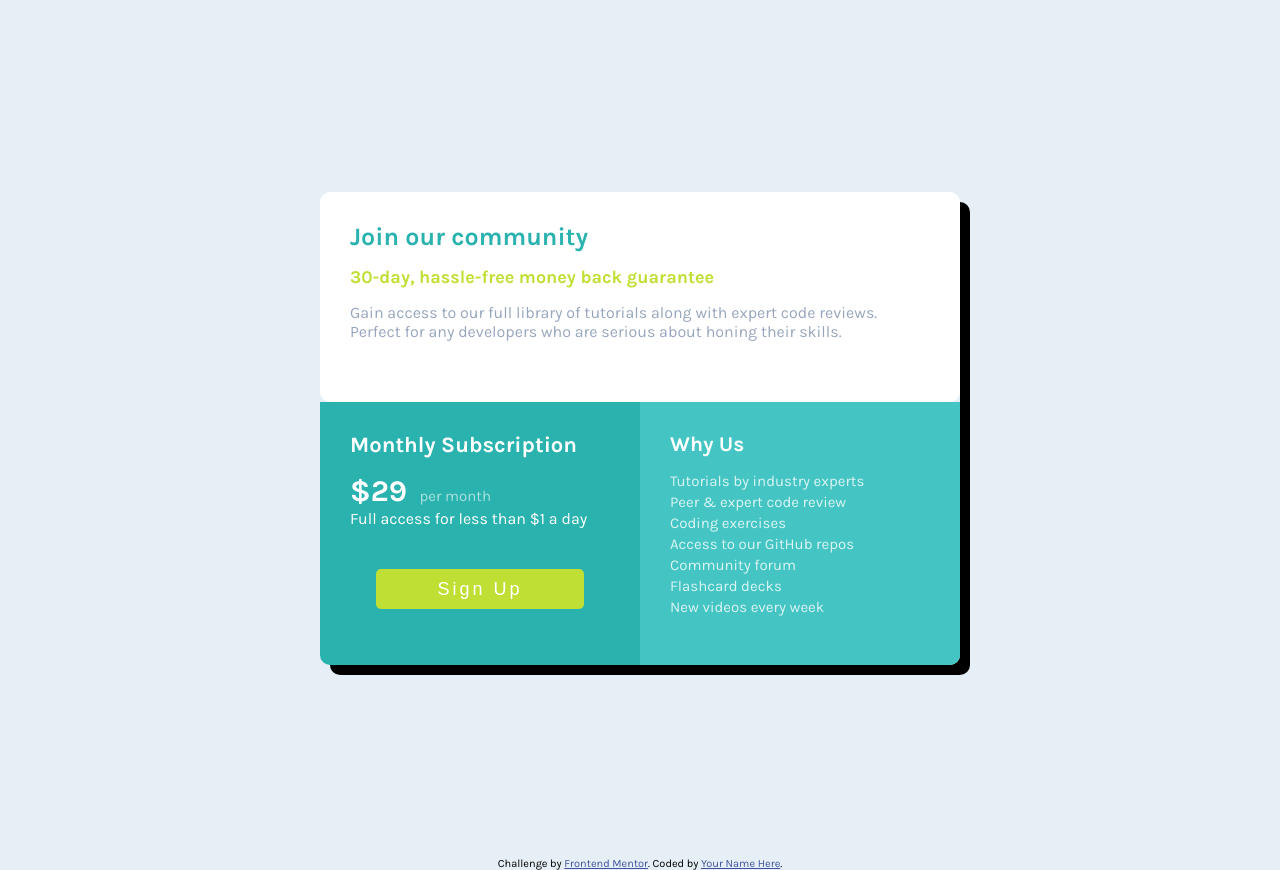
Repository: Pedrohamoura-Git/Frontend-Mentor-Challenges
Page: Newbie/single-price-grid-component-master/index.html
The author's editor kept a copy of each file at every save. The page is drawn from the files as they stood at one save, then again after the next save.
The browser window is 1280 px wide. The pictures show the whole page.

Above is the page before, as saved 2021-05-31 15:57:24.

### Newbie/single-price-grid-component-master/index.html
<!DOCTYPE html>
<html lang="en">
<head>
  <meta charset="UTF-8">
  <meta name="viewport" content="width=device-width, initial-scale=1.0"> <!-- displays site properly based on user's device -->

  <link rel="stylesheet" href="css/style.css">
  <title>Frontend Mentor | Single Price Grid Component</title>

  <!-- Feel free to remove these styles or customise in your own stylesheet 👍 -->
  <style>
    .attribution { font-size: 11px; text-align: center; }
    .attribution a { color: hsl(228, 45%, 44%); }
  </style>
</head>
<body>
  <div id="wrapper">
    <header id="card1">
      <h1>Join our community</h1>
      <h2>30-day, hassle-free money back guarantee</h2>
      <p>Gain access to our full library of tutorials along with expert code reviews. Perfect for any developers who are serious about honing their skills.</p>
    </header>

    <div id="columns">
      <div id="card2">
        <h2>Monthly Subscription</h2>
        <h3 class="price">&dollar;29</h3>
        <span>per month</span>
        <p>Full access for less than &dollar;1 a day</p>

        <form action="#">
          <input type="submit" value="Sign Up" name="Sign Up" id="signup">
          </input>
        </form>
      </div>

      <div id="card3">
        <h2>Why Us</h2>
        <p>Tutorials by industry experts<br>
          Peer &amp; expert code review<br>
          Coding exercises<br>
          Access to our GitHub repos<br>
          Community forum<br>
          Flashcard decks<br>
          New videos every week</p>
      </div>
    </div>

  </div>








  <footer>
    <p class="attribution">
      Challenge by <a href="https://www.frontendmentor.io?ref=challenge" target="_blank">Frontend Mentor</a>.
      Coded by <a href="#">Your Name Here</a>.
    </p>
  </footer>
</body>
</html>

### Newbie/single-price-grid-component-master/css/style.css
/*
** Core Formatting
*/
    @import url('https://fonts.googleapis.com/css2?family=Karla:wght@400;700&display=swap');

    * {
        padding: 0;
        margin: 0;
        box-sizing: border-box;
    }

    html {
        font-size: 62.5%;
    }

    body {
        background-color: hsl(204, 43%, 93%);
        font-family: Karla;
    }


/*
** Mobile - Wrapper
*/
    #wrapper {
        border-radius: 1rem;
        box-shadow: 10px 10px black;
        display: grid;
        grid-template-rows: repeat(auto-fit, minmax(200px, 1fr));
        margin: 15% auto;
        width: 90%;

        /* border: 1px solid red; */
    }

    #card1, #card2, #card3 {
        padding: 1.5rem;
        min-height: 210px;
    }

    /*
    ** Card 1
    */
        #card1 {
            background-color: white;
            border-radius: 1rem;
        }

        #card1 h1 {
            color: hsl(179, 62%, 43%);
            font-size: 2.5rem;
            margin-bottom: 1.5rem;
        }

        #card1 h2 {
            color: hsl(71, 73%, 54%);
            font-size: 1.8rem;
            margin-bottom: 1.5rem;
        }

        #card1 p {
            margin-bottom: 1.5rem;
            color: hsl(218, 22%, 67%);
            font-size: 1.6rem;
            margin-bottom: 1.5rem;
        }



    /*
    ** Card 2
    */
        #card2 {
            color: white;
            background-color: hsl(179, 62%, 43%);
        }

        #card2 h2 {
            font-size: 2.2rem;
            margin-bottom: 1.5rem;
        }

        #card2 h3.price {
            display: inline;
            font-size: 3rem;
            font-weight: 700;
            margin-bottom: 1.5rem;
        }

        #card2 span {
            font-size: 1.5rem;
            margin-left: 1rem;
            margin-bottom: 1rem;
            opacity: 60%;
        }

        #card2 p {
            font-size: 1.6rem;
            margin-bottom: 1.5rem;
        }

        #card2 form input {
            background-color: hsl(71, 73%, 54%);
            border: none;
            border-radius: .5rem;
            color: white;
            font-size: 1.8rem;
            letter-spacing: .3rem;
            margin: 10%;
            width: 80%;
            height: 4rem;

        }

        #card2 input:hover, input:active {
            background-color: hsl(71, 93%, 62%);
            color: hsl(179, 62%, 43%);
        }





        #card3 {
            background-color: hsl(179, 53%, 52%);
            border-bottom-left-radius: 1rem;
            border-bottom-right-radius: 1rem;
            color: white;
        }

        #card3 h2 {
            font-size: 2.1rem;
            margin-bottom: 1.5rem;
        }

        #card3 p {
            font-size: 1.5rem;
            line-height: 2.1rem;
            opacity: 80%;
        }


    /*
    ** Tablets & Desktops
    */
        @media (min-width: 600px) {
            #wrapper {
                display: block;
                max-width: 640px;

                /* border: 1px solid red; */
            }

            #columns {
                display: grid;
                grid-template-columns: repeat(auto-fit, minmax(50%, 1fr));
            }

            #card1 {
                padding: 3rem;
            }

            #card2 {
                border-bottom-left-radius: 1rem;
                padding: 3rem;

            }

            #card3 {
                border-bottom-left-radius: 0;
                padding: 3rem;
            }

        }

After the next save:
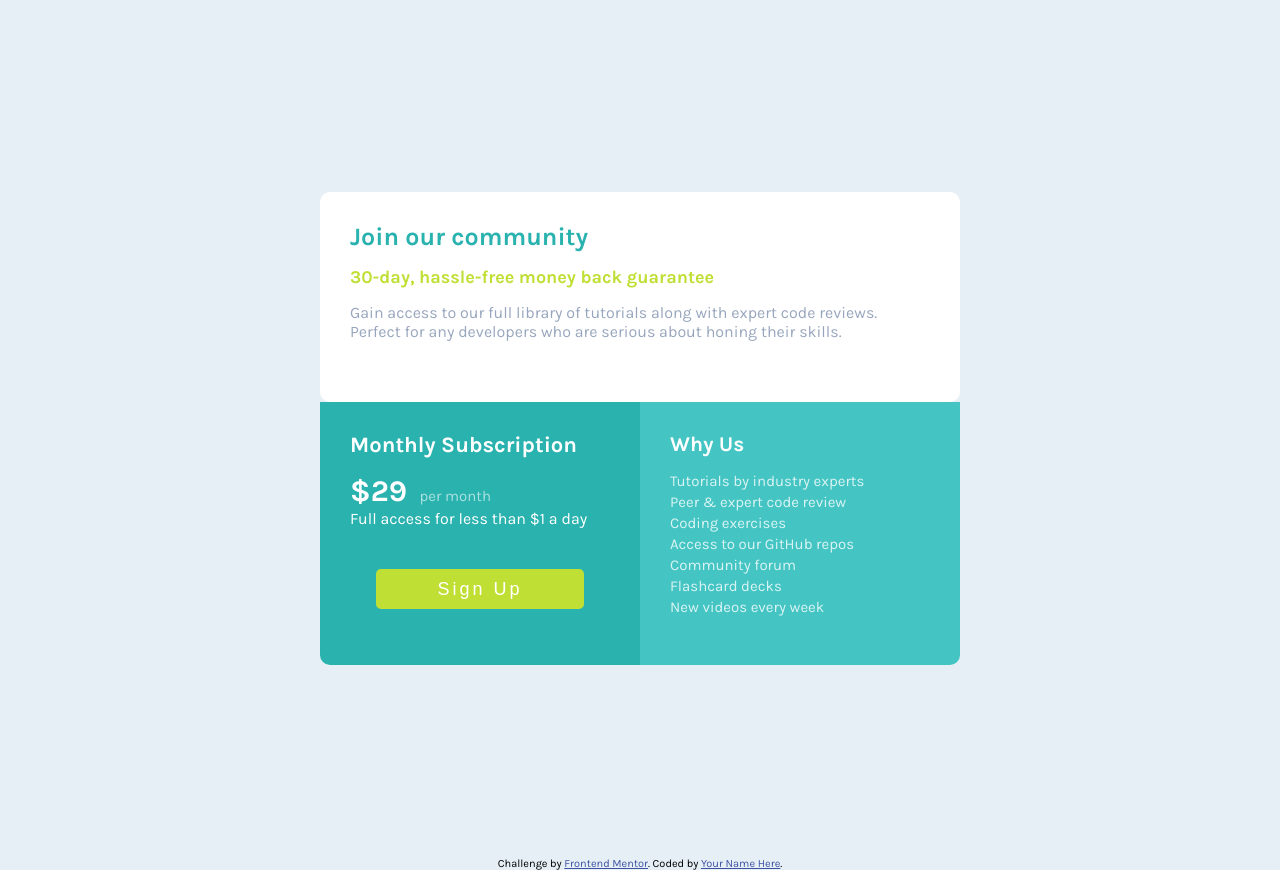
Saved 6 s later.
--- a/Newbie/single-price-grid-component-master/css/style.css
+++ b/Newbie/single-price-grid-component-master/css/style.css
@@ -24,7 +24,7 @@
 */
     #wrapper {
         border-radius: 1rem;
-        box-shadow: 10px 10px black;
+        box-shadow: 10px 10px hsl(204, 43%, 93%);
         display: grid;
         grid-template-rows: repeat(auto-fit, minmax(200px, 1fr));
         margin: 15% auto;
